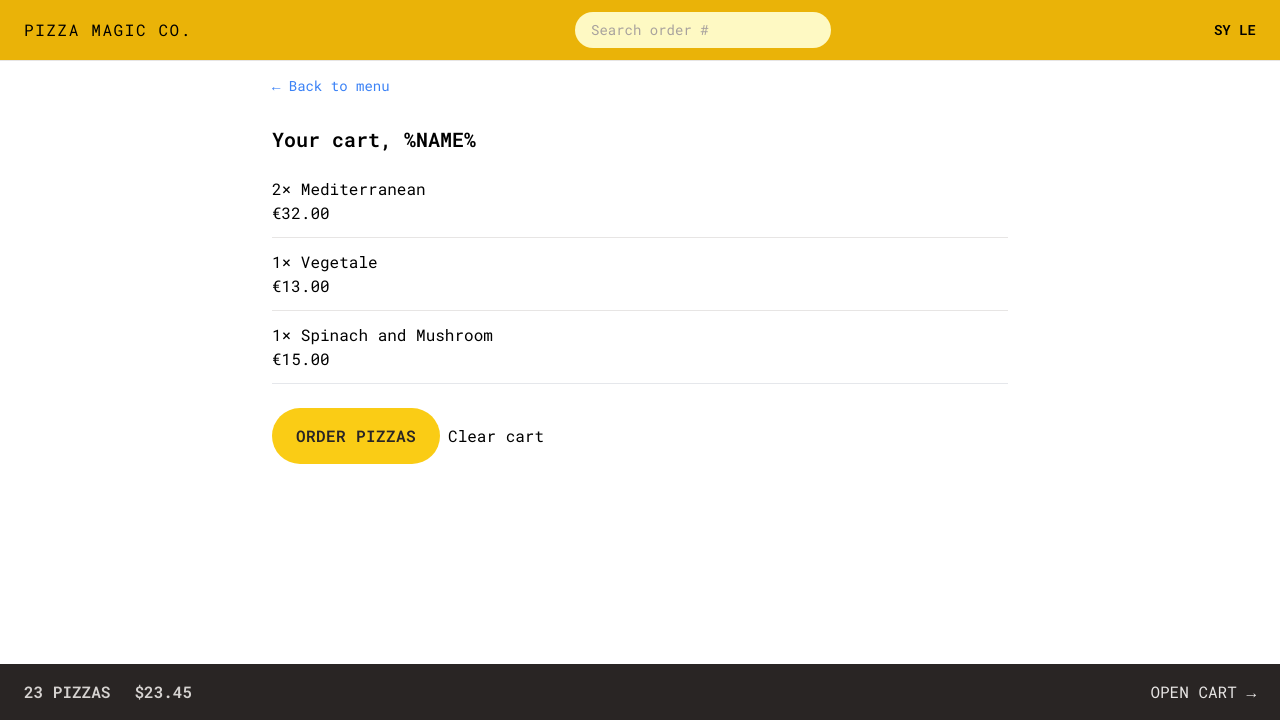
Repository: SyLe-Van/The-Pizza-Magic-web
Page: /cart
The author's editor kept a copy of each file at every save. The page is drawn from the files as they stood at one save, then again after the next save.
The browser window is 1280 px wide. The pictures show the whole page.
The project was rebuilt for these pictures with package versions that can differ from the ones it lists, and the page was loaded fresh each time. Also part of the build but not shown: vite.config.js, src/features/user/CreateUser.jsx, src/ui/Home.jsx, src/ui/Loader.jsx, src/services/apiRestaurant.js, src/features/menu/Menu.jsx, src/ui/Error.jsx, src/features/order/CreateOrder.jsx and 1 more. Imported but missing from the stored project, and not drawn on this page: src/features/menu/MenuItem.

Above is the page before, as saved 2024-07-28 18:20:43.

### index.html
<!doctype html>
<html lang="en">
  <head>
    <meta charset="UTF-8" />
    <link rel="icon" type="image/svg+xml" href="/vite.svg" />
    <meta name="viewport" content="width=device-width, initial-scale=1.0" />
    <link rel="preconnect" href="https://fonts.googleapis.com">
    <link rel="preconnect" href="https://fonts.gstatic.com" crossorigin>
    <link href="https://fonts.googleapis.com/css2?family=Roboto+Mono:ital,wght@0,100..700;1,100..700&display=swap"
      rel="stylesheet">
    <title>Vite + React</title>
  </head>
  <body clas="bg-stone-100 text-stone-700">
    <div id="root"></div>
    <script type="module" src="/src/main.jsx"></script>
  </body>
</html>

### src/App.jsx
import {RouterProvider, createBrowserRouter } from "react-router-dom"
import Home from "./ui/Home"
import AppLayout from "./ui/AppLayout"
import Menu, {loader as menuLoader} from "./features/menu/Menu"
import Cart from "./features/cart/Cart"
import Error from "./ui/Error"
import CreateOrder, {action as CreateOrderAction} from "./features/order/CreateOrder"
import Order, {loader as orderLoader} from "./features/order/Order"
const router = createBrowserRouter([
  {
    element: <AppLayout />,
    errorElement: <Error />,
    children: [
      {
        path: "/",
        element: <Home />
      },
      {
        path: "/menu",
        element: <Menu />,
        loader: menuLoader,
        errorElement: <Error />,
      },
      {
        path: "/cart",
        element: <Cart />
      },
      {
        path: "/order/new",
        element: <CreateOrder />,
        action: CreateOrderAction,
      },
      {
        path: "/order/:orderId",
        element: <Order />,
        loader: orderLoader,
        errorElement: <Error />,
      }
    ]
  },


])

export default function App() {
  return <RouterProvider router={router} />
}

### src/index.css
@tailwind base;
@tailwind components;
@tailwind utilities;

@layer components {
  .input{
    @apply
      rounded-full
       md:px-6 md:py-3
        focus:ring
        focus:ring-yellow-400
         focus:outline-none
          border
           border-stone-200
            w-full px-4 py-2
            text-sm transition-all
             duration-300
              placeholder:text-stone-400
               bg-slate-300

  }
    .loader {
      width: 45px;
      aspect-ratio: 0.75;
      --c: no-repeat linear-gradient(theme(colors.stone.800) 0 0);
      background: var(--c) 0% 50%, var(--c) 50% 50%, var(--c) 100% 50%;
      background-size: 20% 50%;
      animation: loading 1s infinite linear;
    }

    @keyframes loading {
      20% {
        background-position: 0% 0%, 50% 50%, 100% 50%;
      }

      40% {
        background-position: 0% 100%, 50% 0%, 100% 50%;
      }

      60% {
        background-position: 0% 50%, 50% 100%, 100% 0%;
      }

      80% {
        background-position: 0% 50%, 50% 50%, 100% 100%;
      }
    }
}
/* body {
  font-family: system-ui, -apple-system, BlinkMacSystemFont, 'Segoe UI', Roboto,
    Oxygen, Ubuntu, Cantarell, 'Open Sans', 'Helvetica Neue', sans-serif;
  background-color: #f7f7f7;
  color: #444;
}

.layout {
  display: grid;
  grid-template-rows: auto 1fr auto;
  gap: 32px;
  height: 100dvh;

} */

/* https://dev.to/afif/i-made-100-css-loaders-for-your-next-project-4eje */

### src/ui/AppLayout.jsx
import { Outlet, useNavigation } from "react-router-dom";
import CartOverview from "../features/cart/CartOverview";
import Header from "./Header";
import Loader from "./Loader";
export default function AppLayout() {
    const navigation = useNavigation()
    const isLoading = navigation.state === "loading"
    return (
        <div className="grid h-screen grid-rows-[auto_1fr_auto]">
            {isLoading && <Loader />}
            <Header />
            <div className="overflow-scroll">
                <main className="mx-auto max-w-3xl ">
                    <Outlet />
                </main>
            </div>
            <CartOverview />
        </div>
    )
}

### src/features/cart/Cart.jsx
import { Link } from 'react-router-dom';
import LinkButton from '../../ui/LinkButton';
import Button from '../../ui/Button';
import CartItem from './CartItem';
const fakeCart = [
  {
    pizzaId: 12,
    name: 'Mediterranean',
    quantity: 2,
    unitPrice: 16,
    totalPrice: 32,
  },
  {
    pizzaId: 6,
    name: 'Vegetale',
    quantity: 1,
    unitPrice: 13,
    totalPrice: 13,
  },
  {
    pizzaId: 11,
    name: 'Spinach and Mushroom',
    quantity: 1,
    unitPrice: 15,
    totalPrice: 15,
  },
];

function Cart() {
  const cart = fakeCart;

  return (
    <div className='py-3 px-4 '>
      <LinkButton to="/menu">&larr; Back to menu</LinkButton>
      <h2 className='mt-7 text-xl font-semibold'>Your cart, %NAME%</h2>
      <ul className='divide-y divide-stone-200 border-b mt-3'>
        {cart.map(item => <CartItem item={item} key={item.key} />)}
      </ul>
      <div className='mt-6 space-x-2'>
        <Button type="primary" to="/order/new">Order pizzas</Button>

        <button>Clear cart</button>
      </div>
    </div>
  );
}

export default Cart;

### src/features/cart/CartOverview.jsx
import { Link } from "react-router-dom";

export default function CartOverview() {
  return (
    <div className="bg-stone-800 text-stone-200 py-4 justify-between uppercase  px-4 sm:px-6 md:text-base flex items-center">
      <p className="text-stone-300 font-semibold space-x-4 sm:space-x-6">
        <span>23 pizzas</span>
        <span>$23.45</span>
      </p>
      <Link to='/cart'>Open cart &rarr;</Link>
    </div>
  );
}

### src/ui/Header.jsx
import { Link } from "react-router-dom";
import Username from "../features/user/Username";
import SearchOrder from "../features/order/SearchOrder";

export default function Header() {
    return (
        <header className="bg-yellow-500  flex items-center justify-between uppercase py-3 px-4 border-b border-stone-200 sm:px-6">
            <Link className="tracking-widest" to="/">Pizza Magic Co.</Link>
            <SearchOrder />

            <Username />

        </header>
    )
}

### src/ui/LinkButton.jsx
import {Link, useNavigate } from 'react-router-dom';
function LinkButton({ children, to }) {
    const navigatate = useNavigate();
    const className = "text-sm text-blue-500 hover:text-blue-600 hover:underline"
    if(to === '-1') {
        return (
            <button className={className} onClick={() => navigatate(-1)}>
            {children}
          </button>
        );
    }
  return (
      <Link to={to} className={className}>
          {children}
    </Link>
  );
}

export default LinkButton;

### src/ui/Button.jsx
import { Link } from "react-router-dom";
function Button({ children, disabled, to , type}) {

    const base = "bg-yellow-400 focus:outline-none focus:ring-offset-2 focus:ring focus:ring-yellow-300 focus:bg-yellow-300 duration-300 transition-colors uppercase font-semibold   text-stone-800 inline-block  tracking-wide rounded-full hover:bg-yellow-300 disabled:cursor-not-allowed "
    const styles = {
        primary: base + "py-3 px-4 md:px-6 md:py-4",
        small: base + "px-4 py-2 md:px-5 md:py-2.5 text-xs"
    }
    if (to) {
        return <Link className={styles[type]} to={to}>{children}</Link>
    }
    return <button disabled={disabled} className={styles[type]}>
      {children}
  </button>
}
export default Button;

### src/features/cart/CartItem.jsx
import { formatCurrency } from "../../utils/helpers";
function CartItem({ item }) {
  const { pizzaId, name, quantity, totalPrice } = item;

  return (
    <li className="py-3 ">
      <p>
        {quantity}&times; {name}
      </p>
      <div>
        <p>{formatCurrency(totalPrice)}</p>
      </div>
    </li>
  );
}

export default CartItem;

### src/features/user/Username.jsx
function Username() {
    return (
        <div className="text-sm hidden font-semibold md:block">Sy Le</div>
    )
}

export default Username;

### src/features/order/SearchOrder.jsx
import {useState} from 'react';
import { useNavigate } from 'react-router-dom';
export default function SearchOrder() {
    const [query, setQuery] = useState("");
    const navigate = useNavigate()

    function handleSubmit(e) {
        e.preventDefault();
        if (!query) return;
        navigate('/order/' + query)
        setQuery("")
    }
    return (
        <form onSubmit={handleSubmit}>
            <input  placeholder="Search order #"
                value={query}
                onChange={e => setQuery(e.target.value)}
                className='w-28 transition-all duration-300 focus:ring-opacity-50 rounded-full bg-yellow-100 px-4 py-2 text-sm placeholder:text-stone-400 sm:w-64 sm:focus:focus:w-72 focus:outline-none focus:ring focus:ring-yellow-500'
            />
        </form>
    )
}

### tailwind.config.js
/** @type {import('tailwindcss').Config} */
module.exports = {
  content: ["./index.html", "./src/**/*.{html,js,jsx,tsx}"],
  theme: {
    fontFamily: {
      sans: "Roboto Mono, monospace",
    },

    extend: {
      fontSize: {
        huge: ["8rem", { lineHeight: "1" }],
      },
      height: {
        screen: "100dvh",
      },
    },
  },
  plugins: [],
};

Loaded but not shown: src/main.jsx (common file); src/utils/helpers.js (common file)

After the next save:
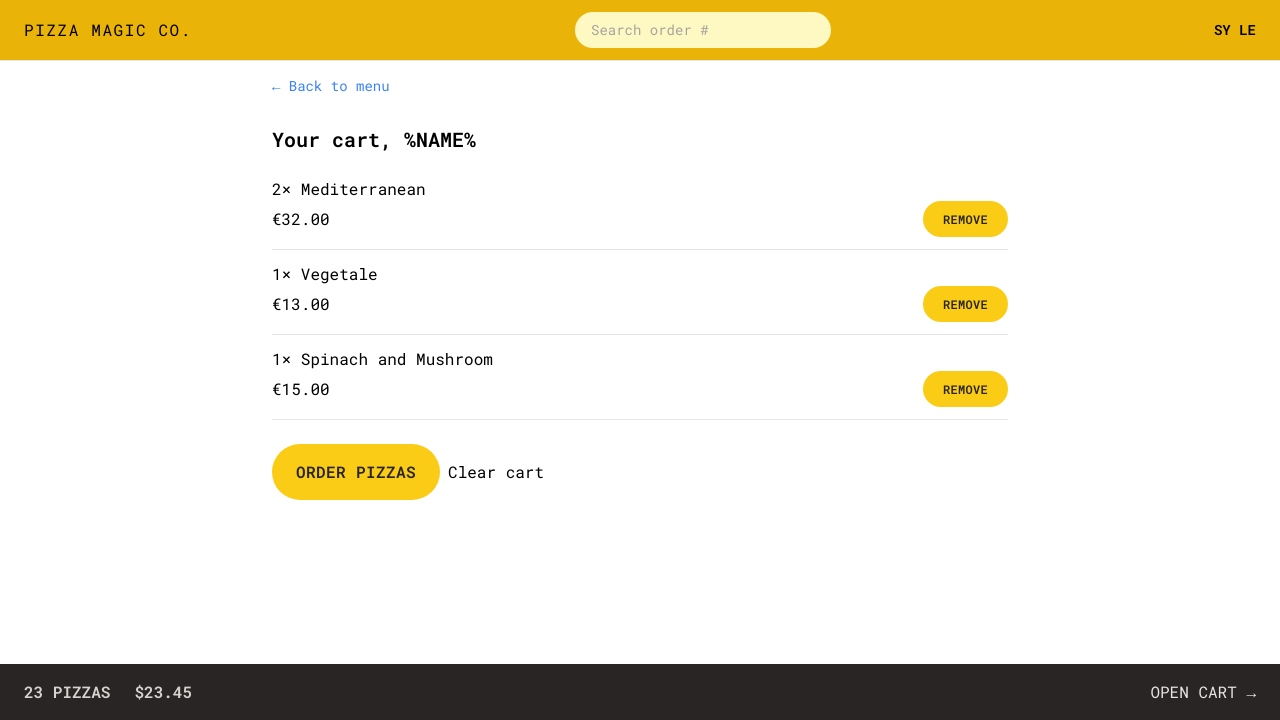
Saved 45 s later.
--- a/src/features/cart/CartItem.jsx
+++ b/src/features/cart/CartItem.jsx
@@ -1,3 +1,4 @@
+import Button from "../../ui/Button";
 import { formatCurrency } from "../../utils/helpers";
 function CartItem({ item }) {
   const { pizzaId, name, quantity, totalPrice } = item;
@@ -7,8 +8,9 @@ function CartItem({ item }) {
       <p>
         {quantity}&times; {name}
       </p>
-      <div>
+      <div className="flex justify-between items-center">
         <p>{formatCurrency(totalPrice)}</p>
+        <Button type="small">Remove</Button>
       </div>
     </li>
   );
